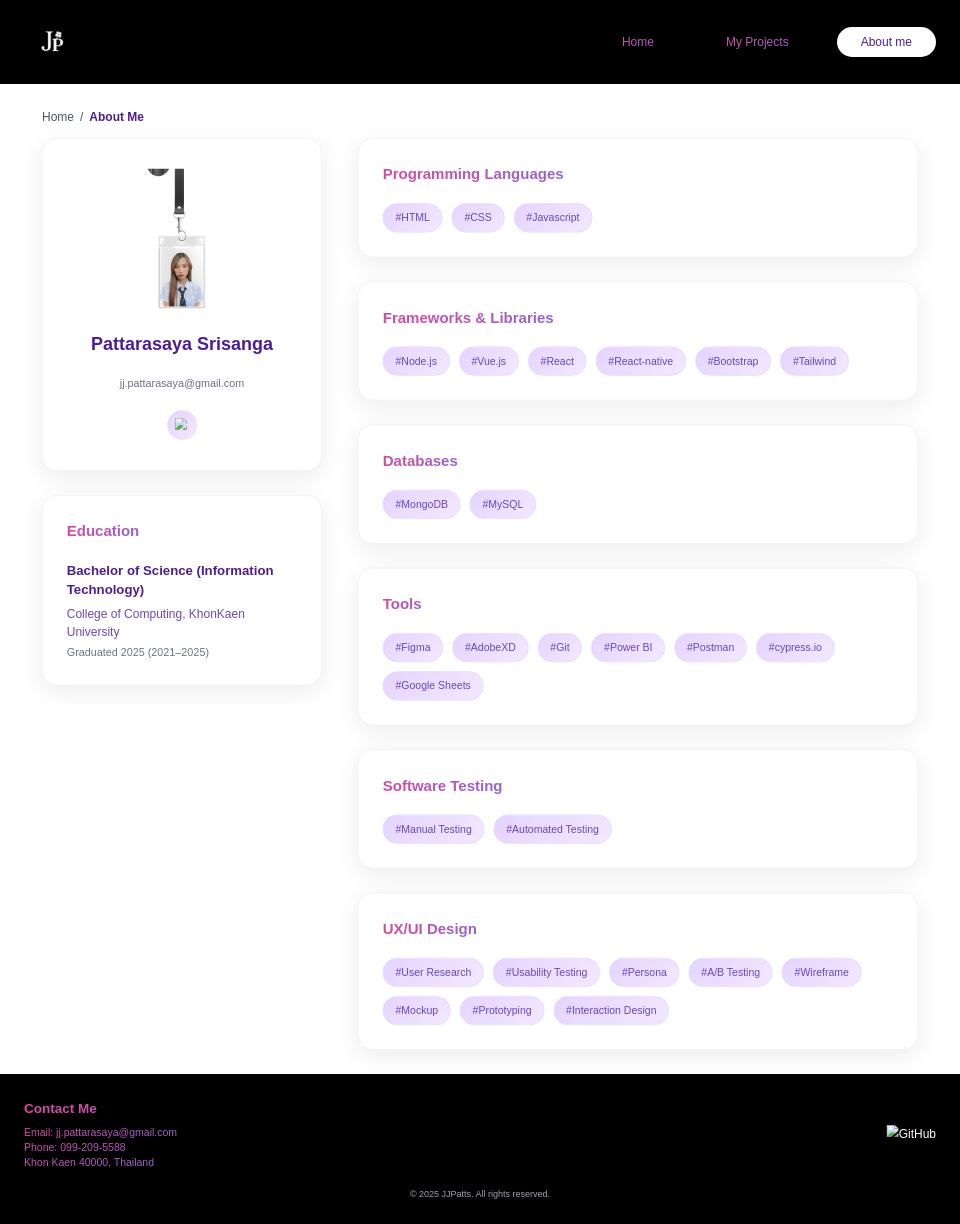
Repository: PattarasayaJJ/Portfolio-jjpatts
Page: /aboutme
An editor plug-in stored every save of this project. The page is shown before and after the next save, followed by the edit.
The browser window is 1280 px wide. The pictures show the whole page, at 75% of full size.
The project was rebuilt for these pictures with package versions that can differ from the ones it lists, and the page was loaded fresh each time. Also part of the build but not shown: vite.config.js, vite.config.ts, src/header.css, src/hero.css, src/components/Hero.jsx, src/projects.css, src/components/Works.jsx.

Above is the page before, as saved 2025-08-03 15:20:40.

After the next save:
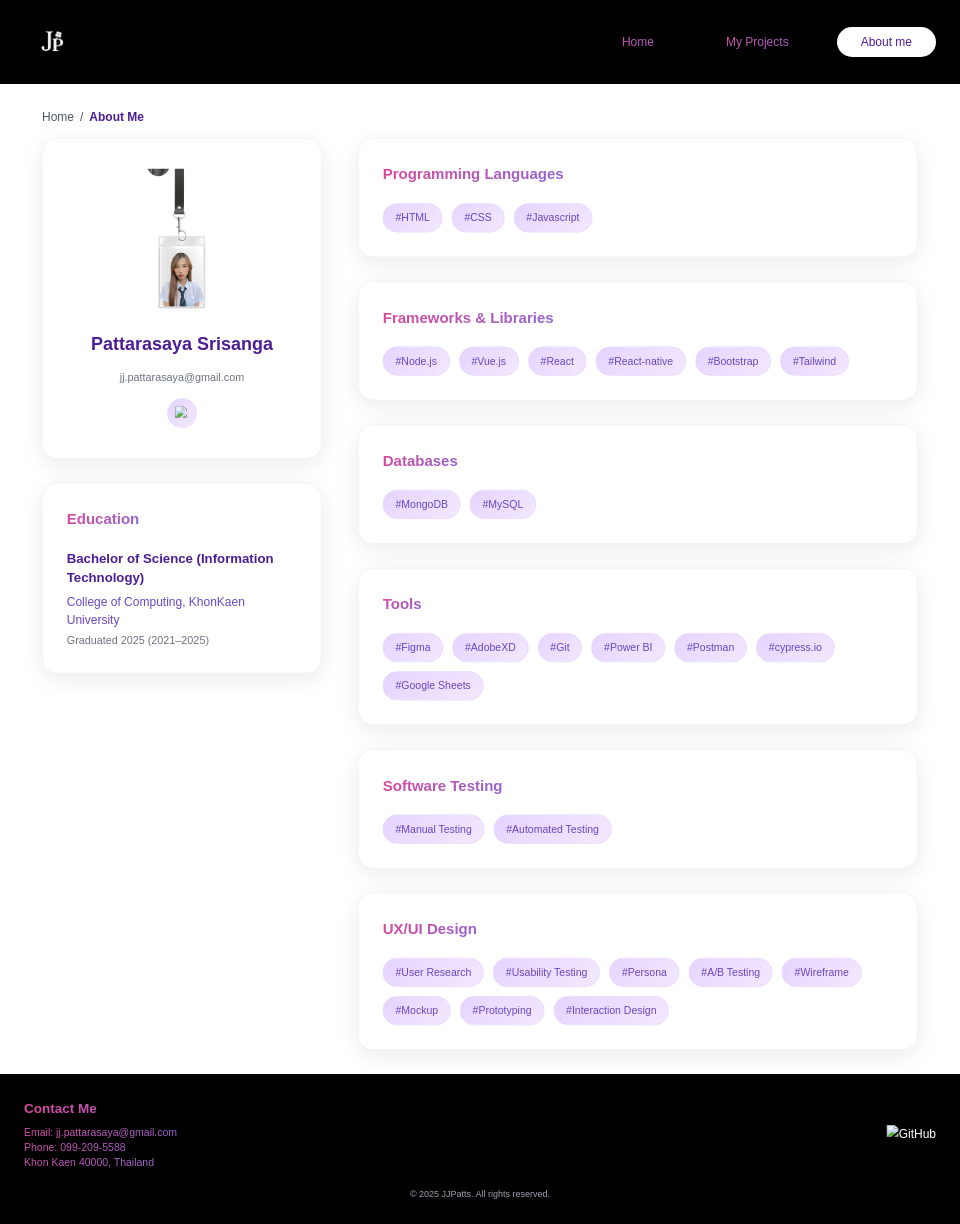
Saved 5 s later.
--- a/src/aboutme.css
+++ b/src/aboutme.css
@@ -97,7 +97,6 @@
 .email {
   font-size: 0.9rem;
   color: #6b7280;
-  margin: 0.5rem 0;
 }
 
 .social-icons {
